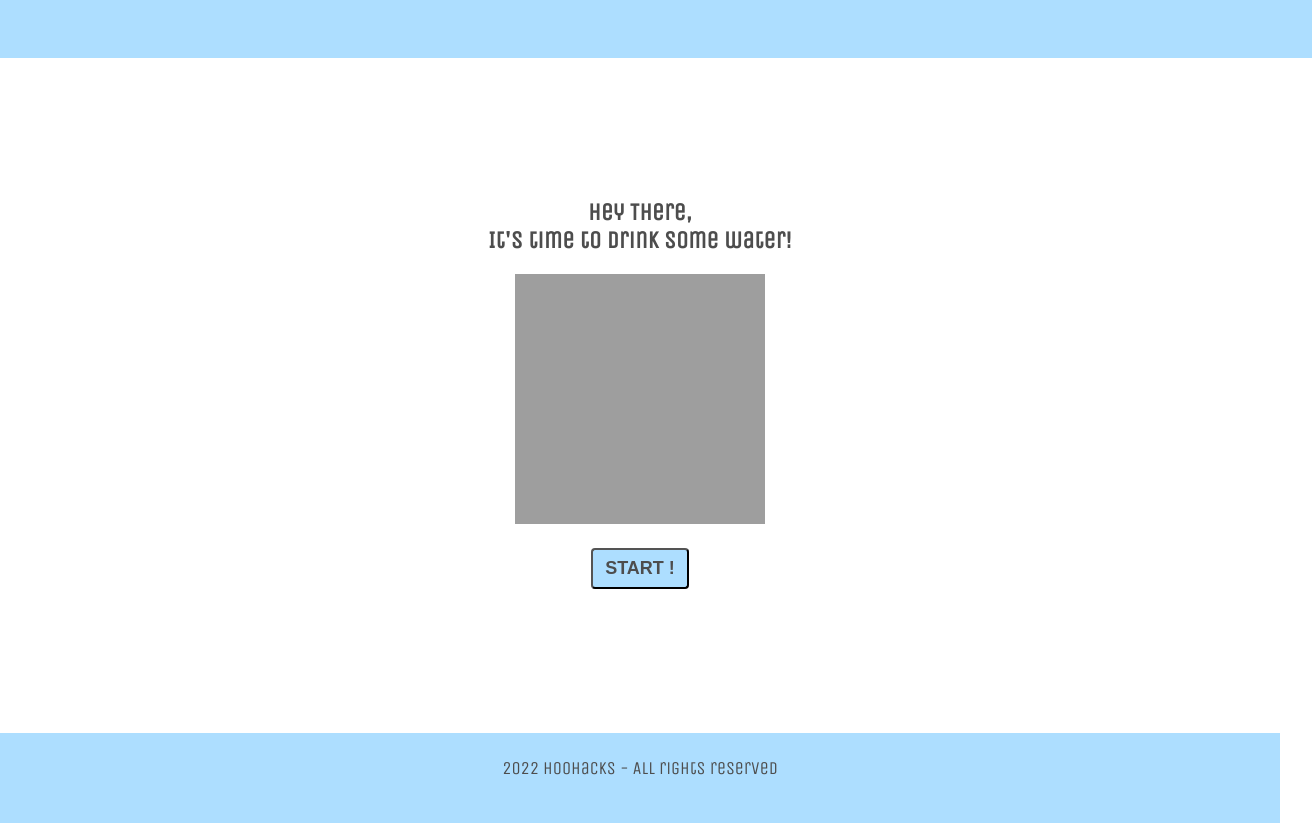
Repository: jennyjjung/H2ODaily
Page: index.html
The author's editor kept a copy of each file at every save. The page is drawn from the files as they stood at one save, then again after the next save.
The browser window is 1280 px wide. The page is 1312 px wide, so the pictures cover 1312 px, including what lies to the right of the window. The pictures show the whole page.
Pictures or frames that could not be fetched are drawn as grey boxes.

Above is the page before, as saved 2022-03-26 16:21:30.

### index.html
<!DOCTYPE html>
<html lang="en">
<head>
  <meta charset="UTF-8">
  <meta http-equiv="X-UA-Compatible" content="IE=edge">
  <meta name="viewport" content="width=device-width, initial-scale=1.0">
  <title>H2O Daily</title>
  <link href='https://fonts.googleapis.com/css?family=Unica One' rel='stylesheet'>
  <link rel="stylesheet" href="style.css" />
  <script src="main.js" defer></script>
</head>
<body>

  <nav id="navbar">
    <div class="navbar__container"></div>
  </nav>

  <section id="home">
    <div class= "home__container">
      <h1 class="home__title">Hey There, <br>It's time to drink some water! </h1>
      <img src="images/krusty_krab.png" alt="H2ODaily Logo" class="home__logo">
      <button class="btn__home">START !</button>
    </div>
  </section>

  <section id="bottom">
    <div class= "bottom__container">
      <p class="bottom__rights">2022 HooHacks - All rights reserved</p>
    </div>
  </section>

</body>
</html>

### style.css
/* Global */
:root {
  /* Color */
  --color-white: #ffffff;
  --color-dark-grey: #4d4d4d;
  --color-blue: #addeff;
  --color-dark-blue: #95ccf0;

  /* Font weight */
  --weight-bold: 700;
  --weight-semi-bold: 600;
  --weight-regular: 400;

  /* Font Size */
  --font-large: 48px;
  --font-medium: 28px;
  --font-regular: 18px;
  --font-small: 16px;
  --font-micro: 14px;

  /* Size */
  --size-border-radius: 4px;
}

body {
  margin: 0;
  font-family: "Unica One";
  cursor: default;
}

p {
  font-size: var(--font-regular);
  font-weight: var(--weight-regular);
  color: var(--color-dark-grey);
  margin: 4px 0;
}

/* Navbar */
#navbar {
  width: 100%;
  height: 26px;
  background-color: var(--color-blue);
  padding: 16px;
}

/* Home */
#home {
  padding: 120px 40px;
  text-align: center;
}

.home__title {
  color: var(--color-dark-grey);
}

.home__container {
  display: flex;
  flex-direction: column;
  align-items: center;
}

.home__logo {
  width: 250px;
  height: 250px;
}

.btn__home {
  color: var(--color-dark-grey);
  background-color: var(--color-blue);
  font-size: var(--font-regular);
  font-weight: var(--weight-bold);
  margin: 24px;
  padding: 8px 12px;
  border-radius: var(--size-border-radius);
}

.btn__home:hover {
  background-color: var(--color-dark-blue);
}

#bottom {
  background-color: var(--color-blue);
  padding: 20px;
  text-align: center;
  height: 50px;
}

Loaded but not shown: main.js (no copy from this time; the picture is the same without it)

After the next save:
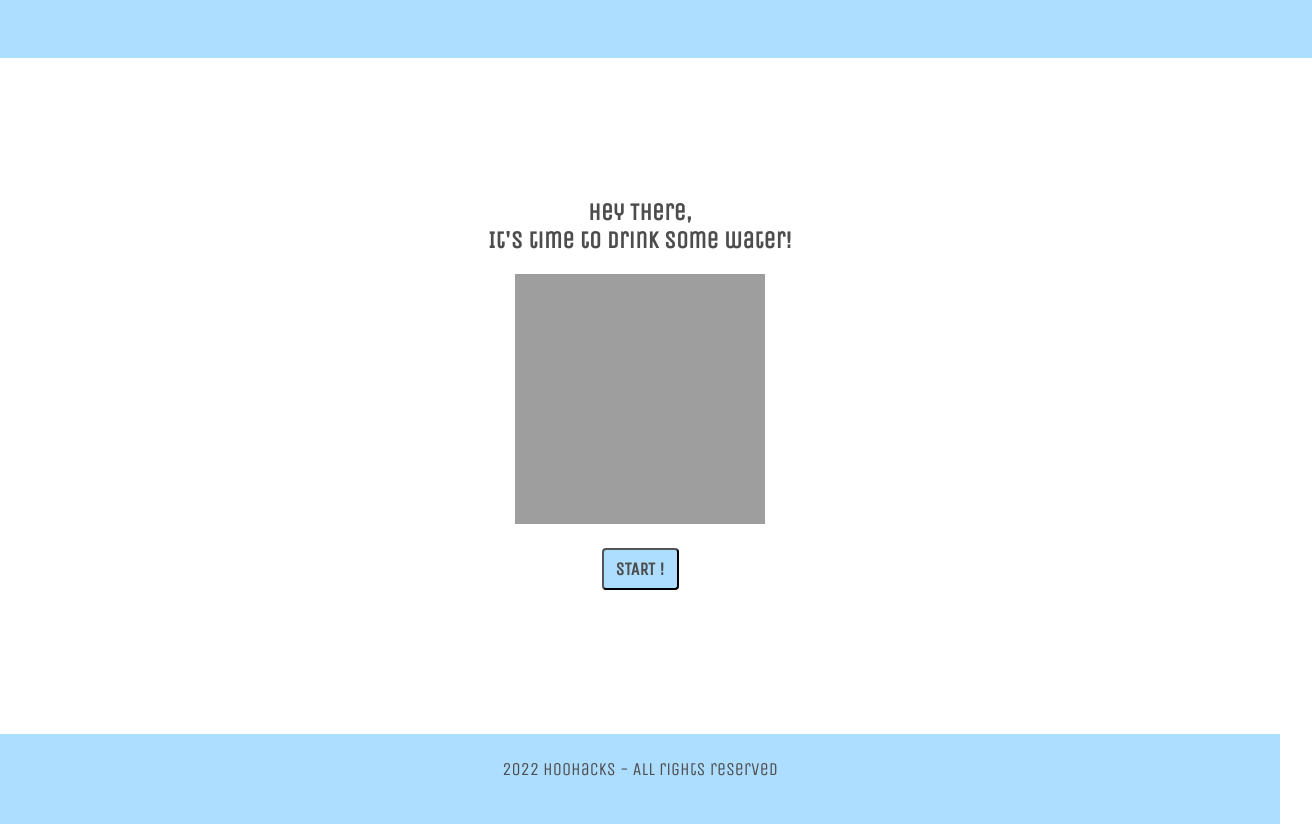
Saved 23 s later.
--- a/style.css
+++ b/style.css
@@ -69,6 +69,7 @@ p {
   background-color: var(--color-blue);
   font-size: var(--font-regular);
   font-weight: var(--weight-bold);
+  font-family: "Unica One";
   margin: 24px;
   padding: 8px 12px;
   border-radius: var(--size-border-radius);
